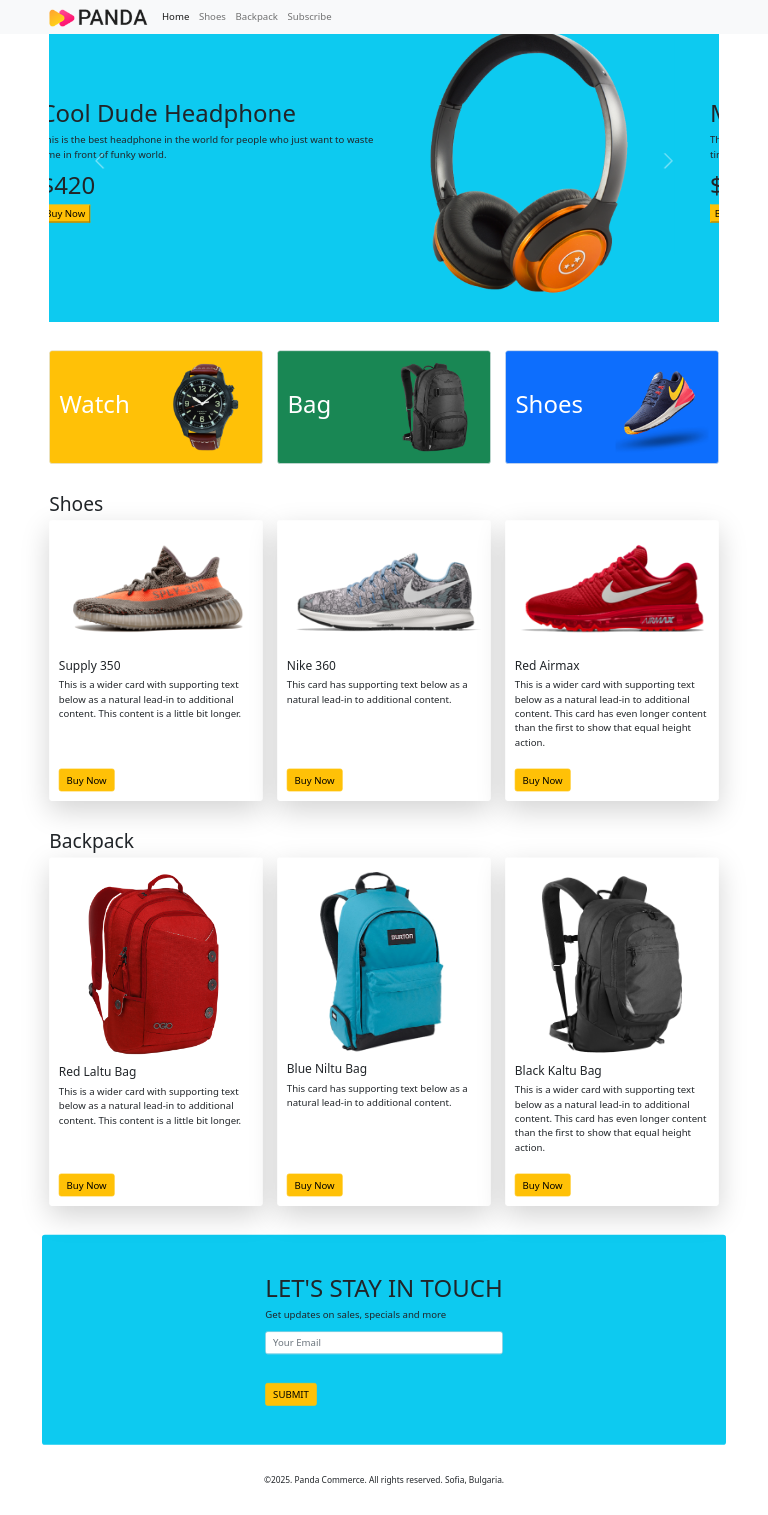
Repository: mdmohiddin/panda-commerce-rp
Page: index.html
These files come from the project's save history. The page is drawn as it stood at one moment and after the next save; the edit follows.
The browser window is 1280 px wide. The pictures show the whole page, at 60% of full size.

Above is the page before, as saved 2021-07-28 20:19:20.

After the next save:
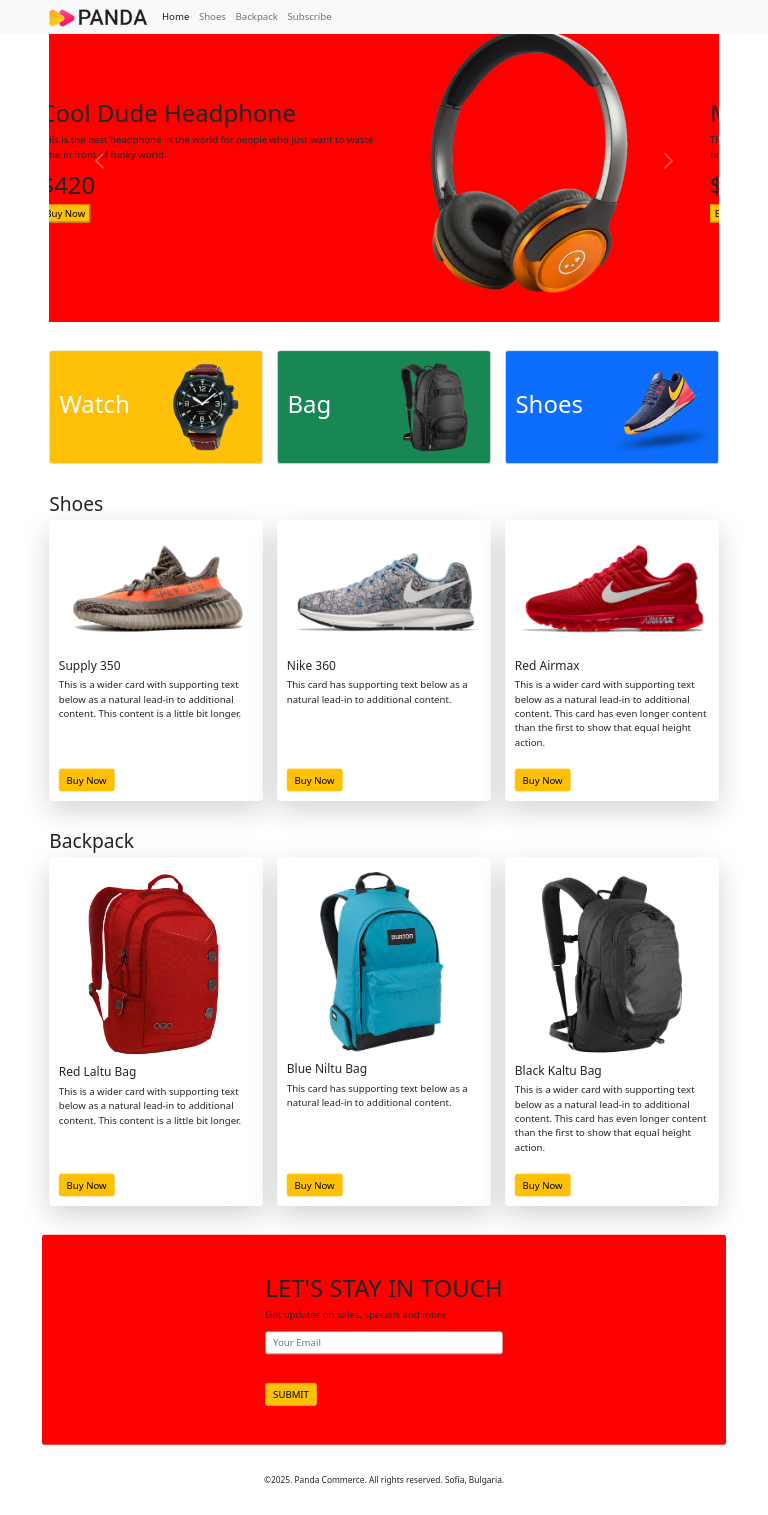
Saved 72 s later.
--- a/css/style.css
+++ b/css/style.css
@@ -1,3 +1,3 @@
 .bg-info{
-    background-color: red;
+    background-color: red !important;
 }

After the save that followed:
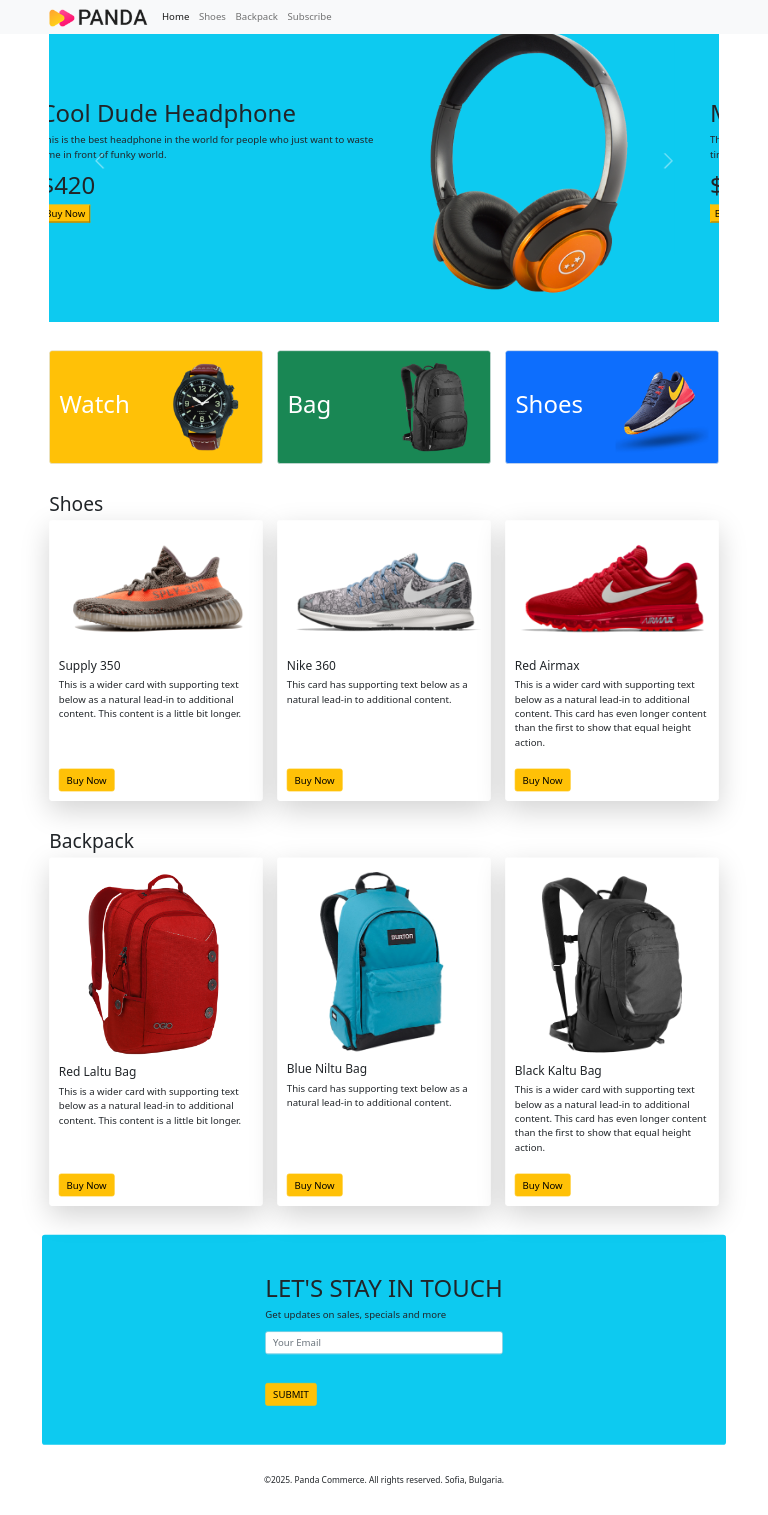
Saved 79 s later.
--- a/css/style.css
+++ b/css/style.css
@@ -1,3 +1,3 @@
-.bg-info{
+.info-background{
     background-color: red !important;
 }
